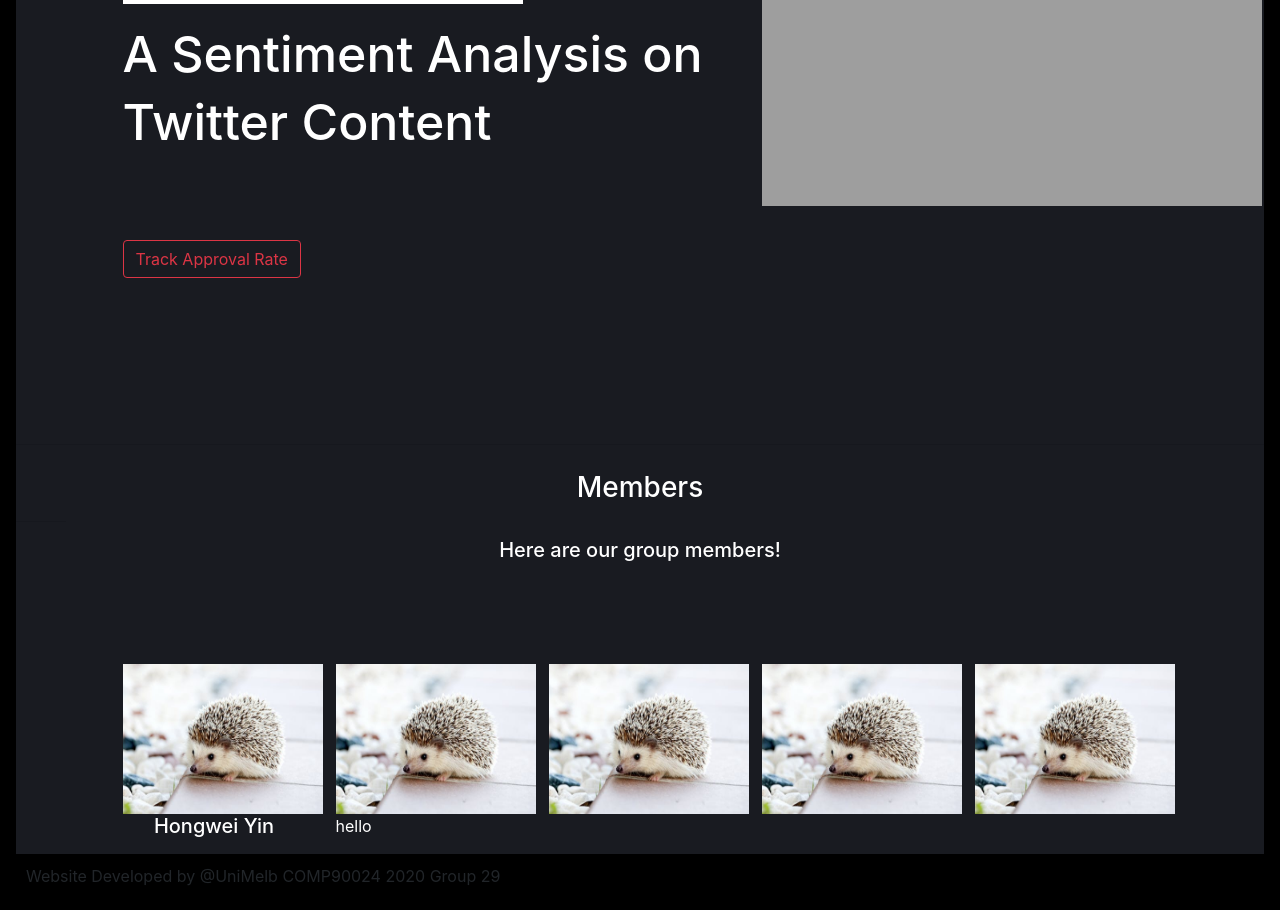
Repository: gusyi/COMP90024_Team29
Page: frontend/templates/frontend/home.html
The author's editor kept a copy of each file at every save. The page is drawn from the files as they stood at one save, then again after the next save.
The browser window is 1280 px wide. The pictures show the part of the page from y = 473 to 1425 px (the page is 1383 px tall before and 1425 px after).
Pictures or frames that could not be fetched are drawn as grey boxes. Some web libraries are served in a nearby version. The template is drawn by Django 3.2. The application's start-up code is not run. Other server files are loaded and not shown. The template is opened directly, without the code that normally fills it, so the values that code supplies are empty.

Above is the page before, as saved 2020-05-25 23:37:02.

### backend/frontend/templates/frontend/home.html
{% extends "base_generic.html" %}

{% block main%}

    <div style="background-color:rgb(25, 27, 33);">


    <div style="height: 30px"></div>

    <div class="row">
        <div class="col-sm-1"></div>
        <div class="col-sm-6">
           <div style="height: 70px"></div>
            <h1 style="font-size:100px;color:white;" > Scott Morrison</h1>
            <svg height="30" width="1000">
                <line x1="0" y1="30" x2="400" y2="30" style="stroke:rgb(255,255,255);stroke-width:20" />
            </svg>
            <div style="height: 20px"></div>
            <h1 style="font-size:50px;color:white;" > A Sentiment Analysis on</h1>
            <h1 style="font-size:50px;color:white;" > Twitter Content</h1>

            <div style="height: 80px"></div>
            <a href="/map/"><button type="button" class="btn btn-outline-danger">Track Approval Rate</button></a>


        </div>
        <div class="col-sm-5">
            <div style="height: 50px"></div>
            {% load static %}
            <img src="{% static 'frontend/images/test2.svg' %}" width="500" height="500"/>


        </div>

    </div>
    <div style="height: 150px"></div>
    <hr>

    <div style="height: 10px"></div>
    <h3  style="text-align: center;color:white;"> Members</h3>
    <hr style="width:50px;text-align:center;color:white;margin-left:0">
    <h5  style="text-align: center;color:white;"> Here are our group members!</h5>
    <br>
    <div style="height: 20px"></div>
    <div class="row">
        <div class="col-sm-1"></div>
        <div class="col-sm-2">

            <div style="height: 50px"></div>
            {% load static %}
            <img src="{% static 'frontend/images/pic1.jpeg' %}" width="200" height="150"/>

            <h5 style="text-align: center;color:white;">Hongwei Yin</h5>


        </div>

        <div class="col-sm-2">
            <div style="height: 50px"></div>
            {% load static %}
            <img src="{% static 'frontend/images/pic1.jpeg' %}" width="200" height="150"/>
            <p style="color:white;"> hello</p>


        </div>

        <div class="col-sm-2">
            <div style="height: 50px"></div>
            {% load static %}
            <img src="{% static 'frontend/images/pic1.jpeg' %}" width="200" height="150"/>


        </div>

        <div class="col-sm-2">
            <div style="height: 50px"></div>
            {% load static %}
            <img src="{% static 'frontend/images/pic1.jpeg' %}" width="200" height="150"/>


        </div>

        <div class="col-sm-2">
            <div style="height: 50px"></div>
            {% load static %}
            <img src="{% static 'frontend/images/pic1.jpeg' %}" width="200" height="150"/>


        </div>

    </div>



    <div>

    </div>
    </div>



{% endblock %}

### backend/frontend/templates/base_generic.html
<!doctype html>
<html lang="en">
  <head>
    <meta charset="utf-8">
    <meta name="viewport" content="width=device-width, initial-scale=1, shrink-to-fit=no">
    <meta name="description" content="">
    <meta name="author" content="Mark Otto, Jacob Thornton, and Bootstrap contributors">
    <meta name="generator" content="Jekyll v3.8.6">
    {% block title %}<title>Morrison Index</title>{% endblock %}


    <link rel="canonical" href="https://getbootstrap.com/docs/4.4/examples/cover/">

  {% load static %}
  <link rel="stylesheet" href="{% static 'frontend/bootstrap.min.css' %}">
  <script src="https://kit.fontawesome.com/e01ef97213.js" crossorigin="anonymous"></script>

    <!-- Favicons -->
<link rel="apple-touch-icon" href="/docs/4.4/assets/img/favicons/apple-touch-icon.png" sizes="180x180">
<link rel="icon" href="/docs/4.4/assets/img/favicons/favicon-32x32.png" sizes="32x32" type="image/png">
<link rel="icon" href="/docs/4.4/assets/img/favicons/favicon-16x16.png" sizes="16x16" type="image/png">
<link rel="manifest" href="/docs/4.4/assets/img/favicons/manifest.json">
<link rel="mask-icon" href="/docs/4.4/assets/img/favicons/safari-pinned-tab.svg" color="#563d7c">
<link rel="icon" href="/docs/4.4/assets/img/favicons/favicon.ico">
<meta name="msapplication-config" content="/docs/4.4/assets/img/favicons/browserconfig.xml">
<meta name="theme-color" content="#563d7c">

    <style>
        #footer {

            padding: 10px 10px 0px 10px;
            bottom: 0;
            width: 100%;
            /* Height of the footer*/
            height: 40px;
            background: dark;
        }
        .bd-placeholder-img {
          font-size: 1.125rem;
          text-anchor: middle;
          -webkit-user-select: none;
          -moz-user-select: none;
          -ms-user-select: none;
          user-select: none;
        }

        @media (min-width: 768px) {
          .bd-placeholder-img-lg {
            font-size: 3.5rem;
          }
        }
    </style>

  </head>
  <header class="masthead mb-auto">
    <div class="inner">

        <nav class="navbar navbar-expand-lg navbar-dark bg-black">

            {% load static %}
            <img src="{% static 'frontend/images/website_logo_90_675.svg' %}" width="90" height="67"/>
            <a class="navbar-brand" href="/">Morrison Index</a>
            <button class="navbar-toggler" type="button" data-toggle="collapse" data-target="#navbarColor02" aria-controls="navbarColor02" aria-expanded="false" aria-label="Toggle navigation">
                <span class="navbar-toggler-icon"></span>
            </button>


            <div class="collapse navbar-collapse" id="navbarColor02">
                <ul class="navbar-nav mr-auto">
                <li class="nav-item active">
                    <a class="nav-link" href="/">Home <span class="sr-only">(current)</span></a>
                </li>
                <li class="nav-item">
                    <a class="nav-link" href="/map/">Map and Statistics</a>
                </li>
                </ul>

            </div>
        </nav>
    </div>
  </header>
  <body style="background-color:black;">

  {% load static %}
  <script src="{% static "frontend/main.js" %}"></script>
    <div class="cover-container d-flex w-100 h-100 p-3 mx-auto flex-column">


  <main role="main" class="inner cover">
  {% block main%}
  {% endblock%}

  </main>

  <div id="footer" >
    <div class="inner">
      <p>Website Developed by @UniMelb COMP90024 2020 Group 29</p>
    </div>
  </div>
</div>
</body>
<script src="https://code.jquery.com/jquery-3.4.1.slim.min.js" integrity="sha384-J6qa4849blE2+poT4WnyKhv5vZF5SrPo0iEjwBvKU7imGFAV0wwj1yYfoRSJoZ+n" crossorigin="anonymous"></script>
<script src="https://cdn.jsdelivr.net/npm/popper.js@1.16.0/dist/umd/popper.min.js" integrity="sha384-Q6E9RHvbIyZFJoft+2mJbHaEWldlvI9IOYy5n3zV9zzTtmI3UksdQRVvoxMfooAo" crossorigin="anonymous"></script>
<script src="https://stackpath.bootstrapcdn.com/bootstrap/4.4.1/js/bootstrap.min.js" integrity="sha384-wfSDF2E50Y2D1uUdj0O3uMBJnjuUD4Ih7YwaYd1iqfktj0Uod8GCExl3Og8ifwB6" crossorigin="anonymous"></script>

</html>

Loaded but not shown: backend/frontend/static/frontend/bootstrap.min.css (library); backend/frontend/static/frontend/main.js (library); backend/frontend/static/frontend/images/website_logo_90_675.svg (549 lines, source omitted)

After the next save:
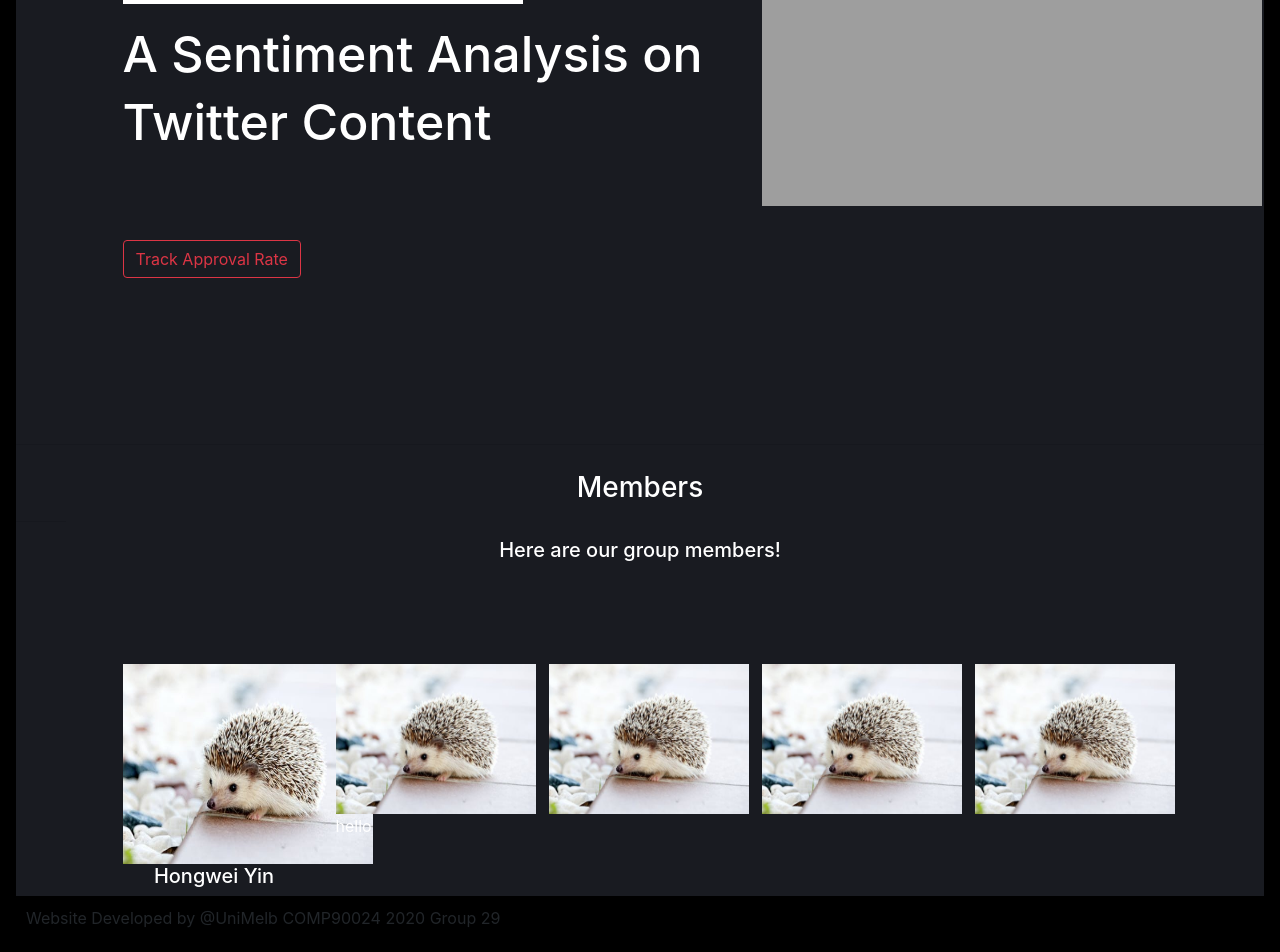
Saved 57 s later.
--- a/backend/frontend/templates/frontend/home.html
+++ b/backend/frontend/templates/frontend/home.html
@@ -48,7 +48,7 @@
 
             <div style="height: 50px"></div>
             {% load static %}
-            <img src="{% static 'frontend/images/pic1.jpeg' %}" width="200" height="150"/>
+            <img src="{% static 'frontend/images/pic1.jpeg' %}" width="250" height="200"/>
 
             <h5 style="text-align: center;color:white;">Hongwei Yin</h5>
 
